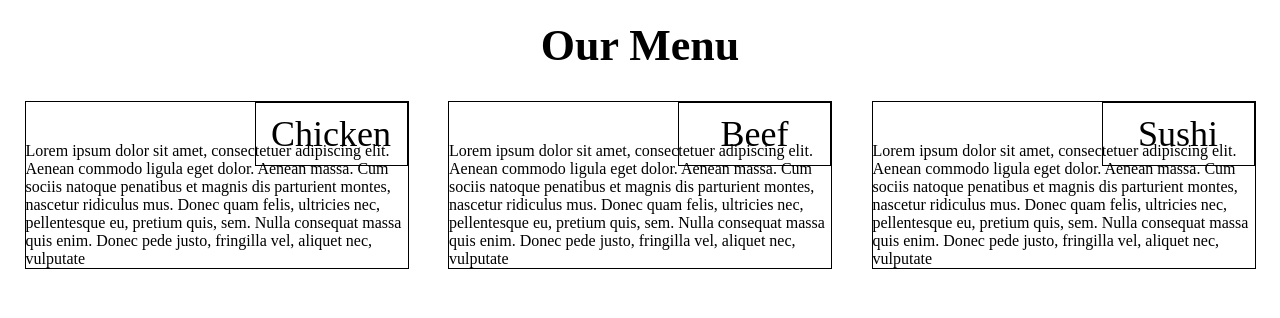
Repository: Normandy72/module2-solution
Page: index.html
An editor plug-in stored every save of this project. The page is shown before and after the next save, followed by the edit.
The browser window is 1280 px wide. The pictures show the whole page.
Some web fonts or font styles are not loaded; a fallback is used.

Above is the page before, as saved 2022-12-05 15:08:30.

### index.html
<!DOCTYPE html>
<html lang="en">
<head>
    <meta charset="UTF-8">
    <meta http-equiv="X-UA-Compatible" content="IE=edge">
    <meta name="viewport" content="width=device-width, initial-scale=1.0">
    <title>Our menu</title>
    <link href="https://fonts.googleapis.com/css2?family=Comic+Neue:ital,wght@0,300;0,400;0,700;1,300;1,400;1,700&family=Roboto:ital,wght@0,100;0,300;0,400;0,500;0,700;0,900;1,100;1,300;1,400;1,500;1,700;1,900&display=swap" rel="stylesheet">
    <link rel="stylesheet" href="styles/style.css">
</head>
<body>
    <h1>Our Menu</h1>
    <div class="wrapper">
        <div class="card">
            <div class="card__name">Chicken</div>
            <p class="card__text">Lorem ipsum dolor sit amet, consectetuer adipiscing elit. Aenean commodo ligula eget dolor. Aenean massa. Cum sociis natoque penatibus et magnis dis parturient montes, nascetur ridiculus mus. Donec quam felis, ultricies nec, pellentesque eu, pretium quis, sem. Nulla consequat massa quis enim. Donec pede justo, fringilla vel, aliquet nec, vulputate</p>
        </div>
        <div class="card">
            <div class="card__name">Beef</div>
            <p class="card__text">Lorem ipsum dolor sit amet, consectetuer adipiscing elit. Aenean commodo ligula eget dolor. Aenean massa. Cum sociis natoque penatibus et magnis dis parturient montes, nascetur ridiculus mus. Donec quam felis, ultricies nec, pellentesque eu, pretium quis, sem. Nulla consequat massa quis enim. Donec pede justo, fringilla vel, aliquet nec, vulputate</p>
        </div>
        <div class="card">
            <div class="card__name">Sushi</div>
            <p class="card__text">Lorem ipsum dolor sit amet, consectetuer adipiscing elit. Aenean commodo ligula eget dolor. Aenean massa. Cum sociis natoque penatibus et magnis dis parturient montes, nascetur ridiculus mus. Donec quam felis, ultricies nec, pellentesque eu, pretium quis, sem. Nulla consequat massa quis enim. Donec pede justo, fringilla vel, aliquet nec, vulputate</p>
        </div>
    </div>
</body>
</html>

### styles/style.css
*{
    font-family: 'Comic Neue', cursive;
    font-size: 10px;

    margin: 0;
    padding: 0;
    box-sizing: border-box;
}

h1{
    font-size: 4.4rem;
    text-align: center;

    padding-top: 20px;
    padding-bottom: 30px;
}

.wrapper{
    display: flex;
    justify-content: space-evenly;
}

.card{
    width: 30%;
    margin: 0 15px 30px;
    position: relative;
    border: 1px solid black;
}

.card__name{
    border: 1px solid black;
    font-size: 3.6rem;
    padding: 10px;
    text-align: center;
    width: 40%;
    position: absolute;
    top: 0;
    right: 0;
}

.card__text{
    font-size: 1.6rem;
    padding-top: 40px;
}

After the next save:
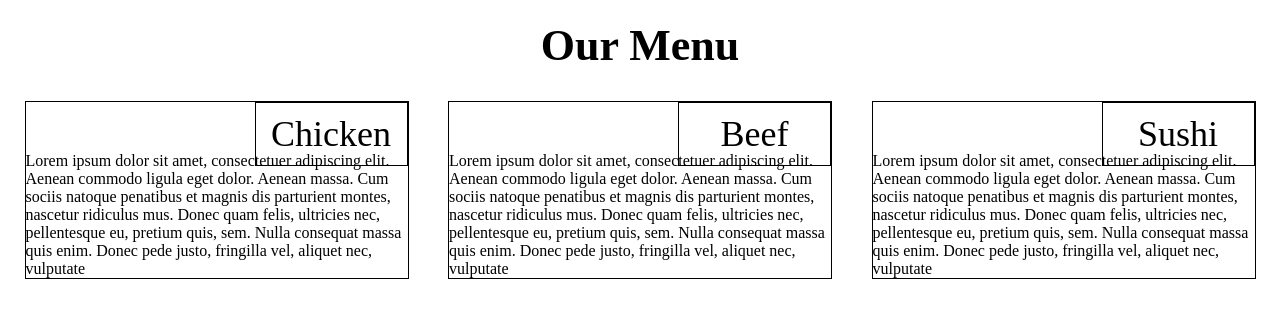
Saved 7 s later.
--- a/styles/style.css
+++ b/styles/style.css
@@ -40,5 +40,5 @@ h1{
 
 .card__text{
     font-size: 1.6rem;
-    padding-top: 40px;
+    padding-top: 50px;
 }
